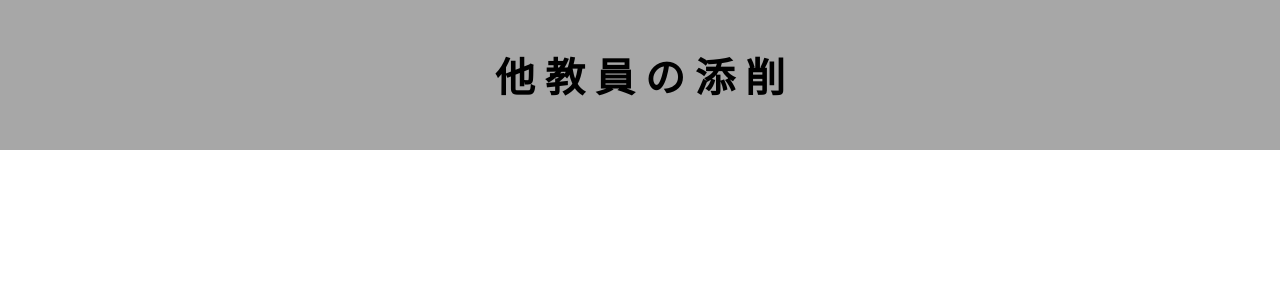
Repository: k-murakami18/canvas_v2
Page: teacher.html
An editor plug-in stored every save of this project. The page is shown before and after the next save, followed by the edit.
The browser window is 1280 px wide. The pictures show the whole page.

Above is the page before, as saved 2021-01-12 10:29:40.

### teacher.html
<!DOCTYPE html>
<html lang="en">

<head>
  <meta charset="UTF-8">
  <title>添削支援システム</title>
  <link rel="stylesheet" href="css/jquery-ui-1.8.16.custom.css" />
  <link rel="stylesheet" href="./style.css">
  <link rel="stylesheet" href="https://cdn.jsdelivr.net/npm/simplebar@latest/dist/simplebar.css">
  <script src="//cdnjs.cloudflare.com/ajax/libs/jspdf/1.3.3/jspdf.min.js"></script>
  <script src="js/jquery.1.6.4.min.js"></script>
  <script src="js/jquery-ui-1.8.16.custom.min.js"></script>
  <script type="text/javascript" src="./dist/fabric.js"></script>
  <script type="text/javascript" src="./dist/fabric.min.js"></script>
</head>

<body>
  <!--タイトルとファイル選択-->
  <div class="title_container">
    <h1 id="title">他 教 員 の 添 削</h1>
  </div>

</body>

</html>

### style.css
body{
  margin:0;
}

/*タイトルコンテナ*/
.title_container{
  width: 100%;
  height: 150px;
  font-size: 20px;
  display: flex;
  background-color: #A7A7A7;
  justify-content: center; /*左右中央*/
  align-items: center; /*上下中央*/
  margin-bottom: 100px;
  margin-left: 0;
  margin-right: 0;
}

/*ボタンコンテナ*/
.button_container{
  width: 50px;
  height: 602px;
  background-color: #DADADA;
  margin-bottom: 5px;
  margin-right: 5px;
}

/*各ボタンの設定*/
.btn-box,.btn_box{
  display: inline-block;
  widows: 25px;
  height: 25px;
  border: 1px black solid;
  padding: 2px;
  border-radius: 5px;
}
.btn_box_black{
  display: inline-block;
  widows: 25px;
  height: 25px;
  border: 1px white solid;
  padding: 2px;
  border-radius: 5px;
}
.select{
  margin-top: 10px;
  margin-left: 9px;
}
.aaa{
  margin-top: 0px;
  margin-left: 9px;
}
.margin{
  margin-top: 10px;
  margin-left: 9px;
}

/*ボタン枠線削除*/
input:focus {
	outline:0;
}

/*キャンバス*/
canvas {
	position: relative;
	border:1px solid #000;
}

/*保存履歴コンテナ*/
.history_container{
  height: 600px;
  width: 330px;
  background-color: whitesmoke;
  border: 1px solid black;
  margin-left: 10px;
}

/*保存履歴タイトル*/
#title_tmpList{
  margin-top: 2px;
  margin-left: 10px;
  margin-bottom: 2px;
  font-weight: bolder;
  text-align: center;
}
.subtitle_tmpList{
  margin-top: 3px;
  margin-bottom: 3px;
  font-weight: bolder;
  font-size: 13px;
  text-align: center;
}

/*「保存履歴」の下線*/
.hr{
  border-bottom: 1px solid black;
  width: 93%;
  margin-left: auto;
  margin-right: auto;
}
/*「ブックマーク」「添削保存」の下線*/
.hr2{
  border-bottom: 1px solid black;
  width: 83%;
  margin-left: auto;
  margin-right: auto;
}

#bookmark_viewpanel{
  height: 539px;
  width: 100px;
  background-color: whitesmoke;
  margin-top: 5px;
}

#normal_viewpanel{
  height: 539px;
  width: 190px;
  background-color: whitesmoke;
  margin-top: 5px;
}

#bookmark_tmp{
  border-right: 1px solid black;
}

.tmpImage{
  border: 1px solid black;
  margin-left: 10px;
}

#setColor li{
  display: inline-block;
  width: 25px;
  height: 25px;
  border:1px solid #000;
}

.button{
  height: 100px;
  font-size: 20px;
  font-weight: bold;
  margin: auto;
  display: flex;
  justify-content: center;
  align-items: center;
  text-decoration: none;
  background: #f7f7f7;
  border-left: solid 6px #ff7c5c;/*左線*/
  color: #ff7c5c;/*文字色*/
  font-weight: bold;
  box-shadow: 0px 2px 2px rgba(0, 0, 0, 0.29);
}
.button:active {
  box-shadow: inset 0 0 2px rgba(128, 128, 128, 0.1);
  transform: translateY(2px);
}

#anno_btn{
  width: 150px;
  padding-left: 50px;
  padding-right: 50px;
}
#oth_teacher_btn{
  width: 200px;
  padding-left: 20px;
  padding-right: 20px;
}
#submit_btn{
  width: 200px;
  padding-left: 30px;
  padding-right: 30px;
}
body .btn_name{
  display: flex;
  justify-content: center;
}

Loaded but not shown: css/jquery-ui-1.8.16.custom.css (library); js/jquery.1.6.4.min.js (library); js/jquery-ui-1.8.16.custom.min.js (library); dist/fabric.js (library); dist/fabric.min.js (library)

After the next save:
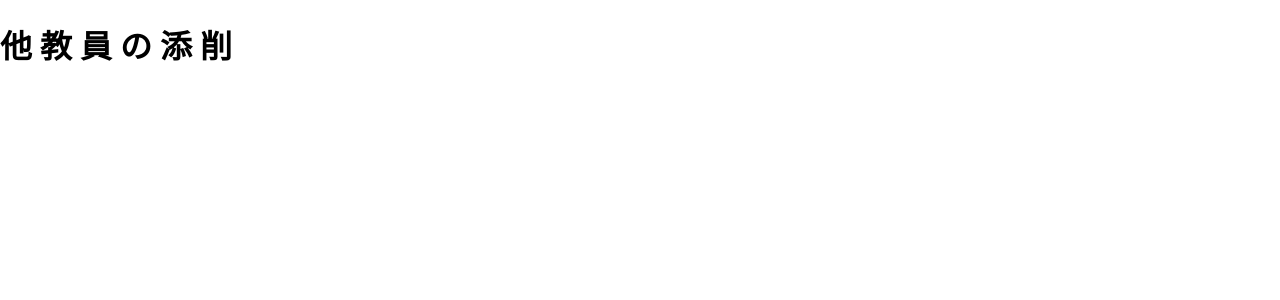
Saved 67 s later.
--- a/teacher.html
+++ b/teacher.html
@@ -16,7 +16,7 @@
 
 <body>
   <!--タイトルとファイル選択-->
-  <div class="title_container">
+  <div class="subtitle_container">
     <h1 id="title">他 教 員 の 添 削</h1>
   </div>
 

After the save that followed:
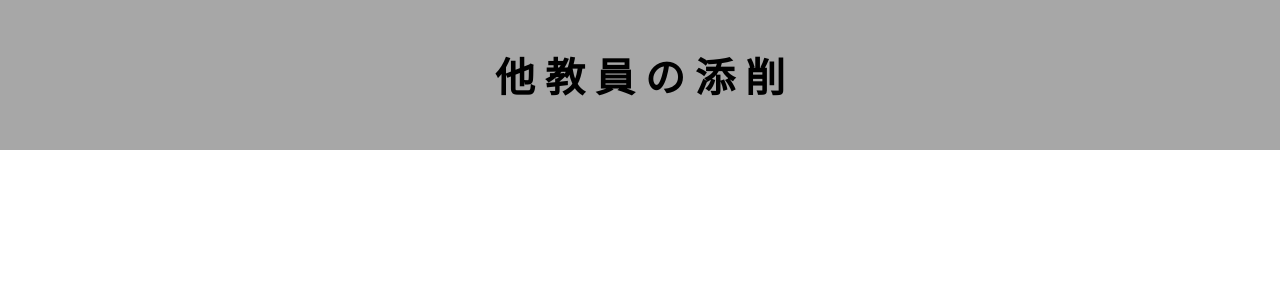
Saved 11 s later.
--- a/style.css
+++ b/style.css
@@ -4,6 +4,19 @@ body{
 
 /*タイトルコンテナ*/
 .title_container{
+  width: 100%;
+  height: 150px;
+  font-size: 20px;
+  display: flex;
+  background-color: #A7A7A7;
+  justify-content: center; /*左右中央*/
+  align-items: center; /*上下中央*/
+  margin-bottom: 100px;
+  margin-left: 0;
+  margin-right: 0;
+}
+
+.subtitle_container{
   width: 100%;
   height: 150px;
   font-size: 20px;
